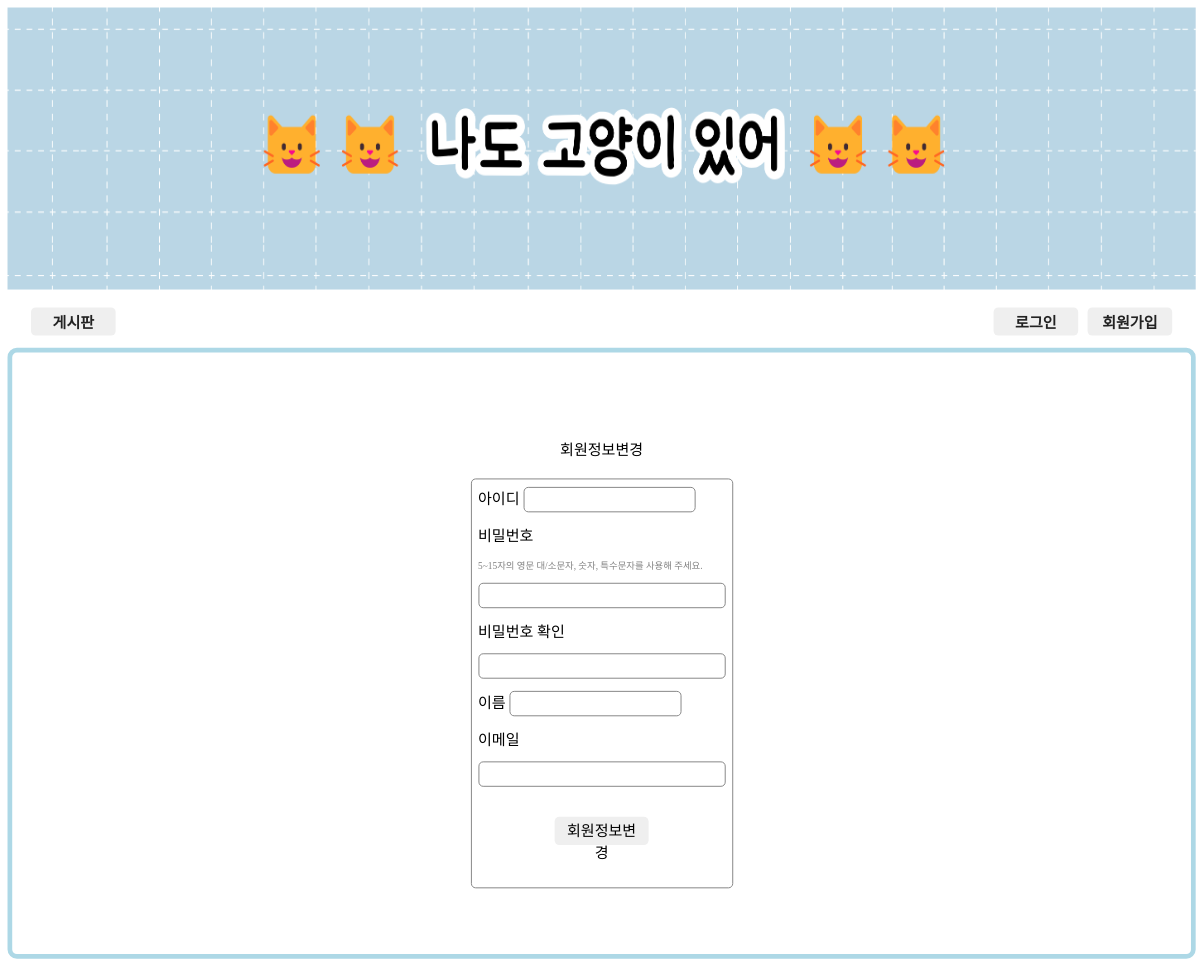
Repository: hh7711/Goit
Page: http://localhost/Goit/WEB-INF/views/memberInfoPage.jsp
The author's editor kept a copy of each file at every save. The page is drawn from the files as they stood at one save, then again after the next save.
The browser window is 1280 px wide. The pictures show the whole page, at 94% of full size.
Some web fonts or font styles are not loaded; a fallback is used. The page is served by Tomcat 9. Nobody is signed in. The template is opened directly, without the code that normally fills it, so the values that code supplies are empty.

Above is the page before, as saved 2023-08-06 13:13:28.

After the next save:
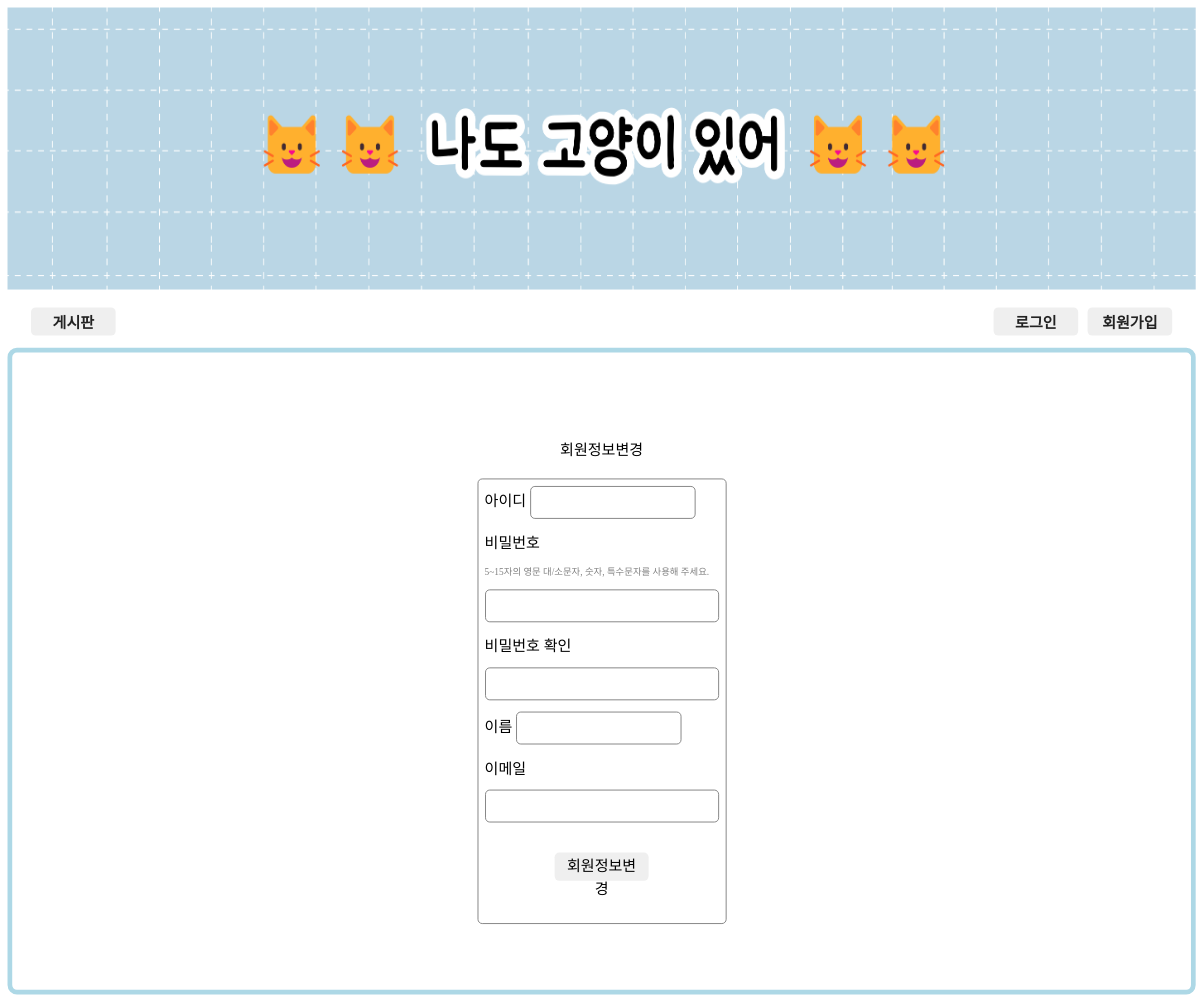
Saved 3 min 5 s later.
--- a/Goit/src/main/webapp/WEB-INF/views/memberInfoPage.jsp
+++ b/Goit/src/main/webapp/WEB-INF/views/memberInfoPage.jsp
@@ -53,12 +53,11 @@
         	padding: 5px;
         }
         input{
-            /* border-top: none; border-left: none; border-right: none; */
-            /* border-bottom: 0.5px solid; */
-            /* border-top-left-radius: 5px; border-top-right-radius: 5px; */
             border: 0.5px solid gray;
             border-radius: 5px;
             height: 23px;
+            font-family: 'Dovemayo_gothic';
+            padding: 5px;
         }
         .write:focus{
             background-color: #E8F5FF;
